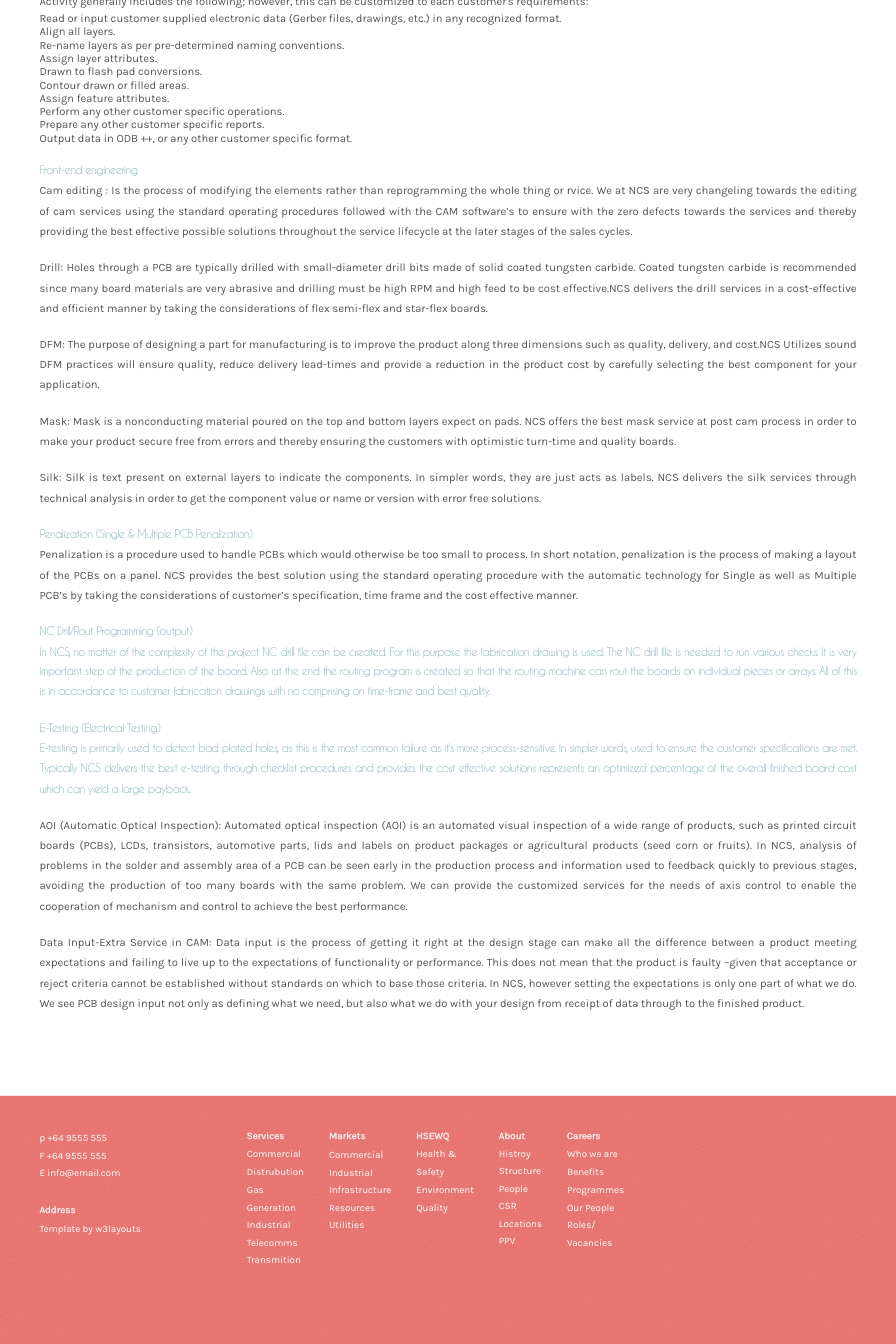
Repository: achalbi/NCS_demo
Page: public/CAM_Solutions.html
The author's editor kept a record of every edit. The page is drawn from the files as they stood at one moment, then again after the next edit.
The browser window is 1280 px wide. The pictures show the part of the page from y = 738 to 2658 px (the page is 2692 px tall), at 70% of full size.

Above is the page before.

After the next edit:
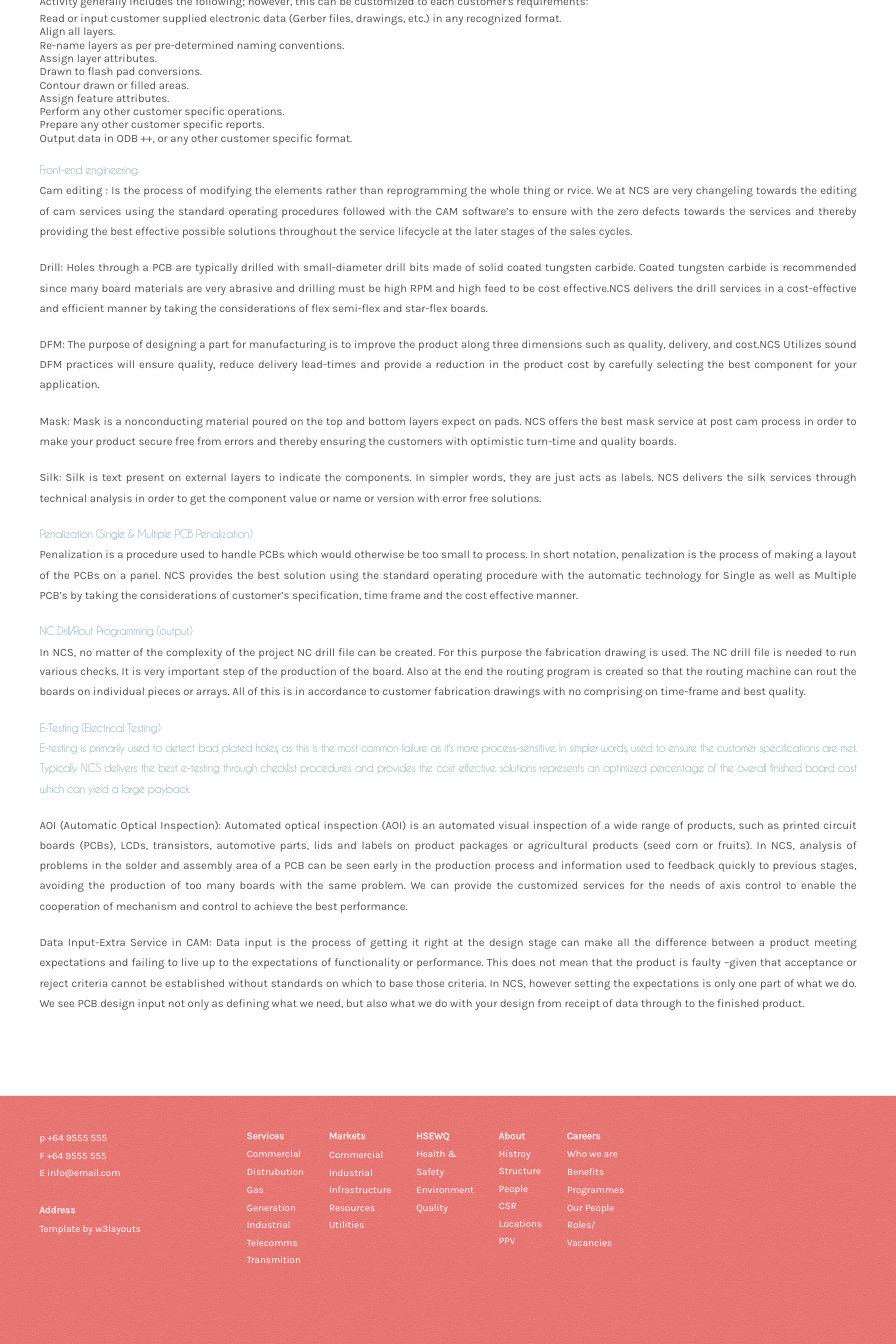
The edit:
--- a/public/CAM_Solutions.html
+++ b/public/CAM_Solutions.html
@@ -99,7 +99,7 @@
          <p class="para1">  <span class= "style1_sub"> Penalization (Single & Multiple PCB Penalization)</span><br>
          Penalization is a procedure used to handle PCBs which would otherwise be too small to process. In short notation, penalization is the process of making a layout of the PCBs on a panel. NCS provides the best solution using the standard operating procedure with the automatic technology for Single as well as Multiple PCB’s by taking the considerations of customer’s specification, time frame and the cost effective manner.
          </p>
-          <p class="para1">  <span class= "style1_sub"> NC Drill/Rout Programming (output)<br>
+          <p class="para1">  <span class= "style1_sub"> NC Drill/Rout Programming (output)</span><br>
           In NCS, no matter of the complexity of the project NC drill file can be created. For this purpose the fabrication drawing is used. The NC drill file is needed to run various checks. It is very important step of the production of the board. Also at the end the routing program is created so that the routing machine can rout the boards on individual pieces or arrays. All of this is in accordance to customer fabrication drawings with no comprising on time-frame and best quality.
           </p>
            <p class="para1">  <span class= "style1_sub"> E-Testing (Electrical Testing)<br>
